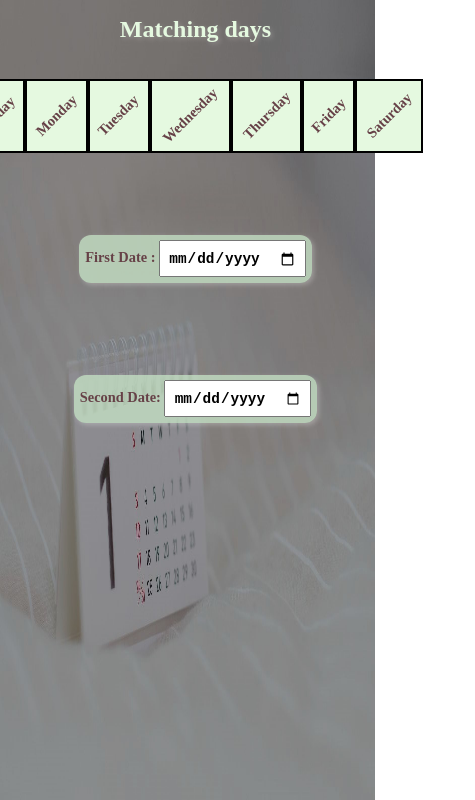
Repository: lasity34/matching-days
Page: index.html
These files come from the project's save history. The page is drawn as it stood at one moment and after the next save; the edit follows.
The browser window is 375 px wide. The page is 475 px wide, then 408 px, so the pictures cover 475 px, including what lies to the right of the window. The pictures show the whole page.
Some web fonts or font styles are not loaded; a fallback is used. Some web libraries are served in a nearby version.

Above is the page before, as saved 2023-05-11 14:18:34.

After the next save:
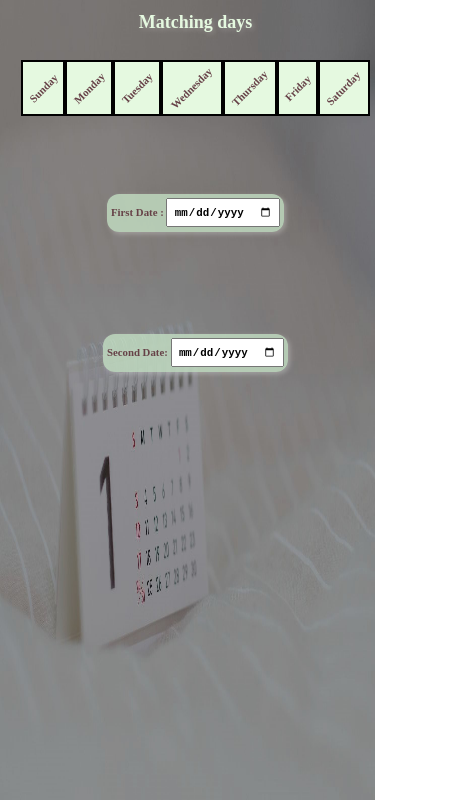
Saved 17 min 17 s later.
--- a/style.css
+++ b/style.css
@@ -77,3 +77,9 @@ input {
         font-size: 12px;
     }
 }
+
+@media (max-width: 500px) {
+    html {
+        font-size: 9px;
+    }
+}
